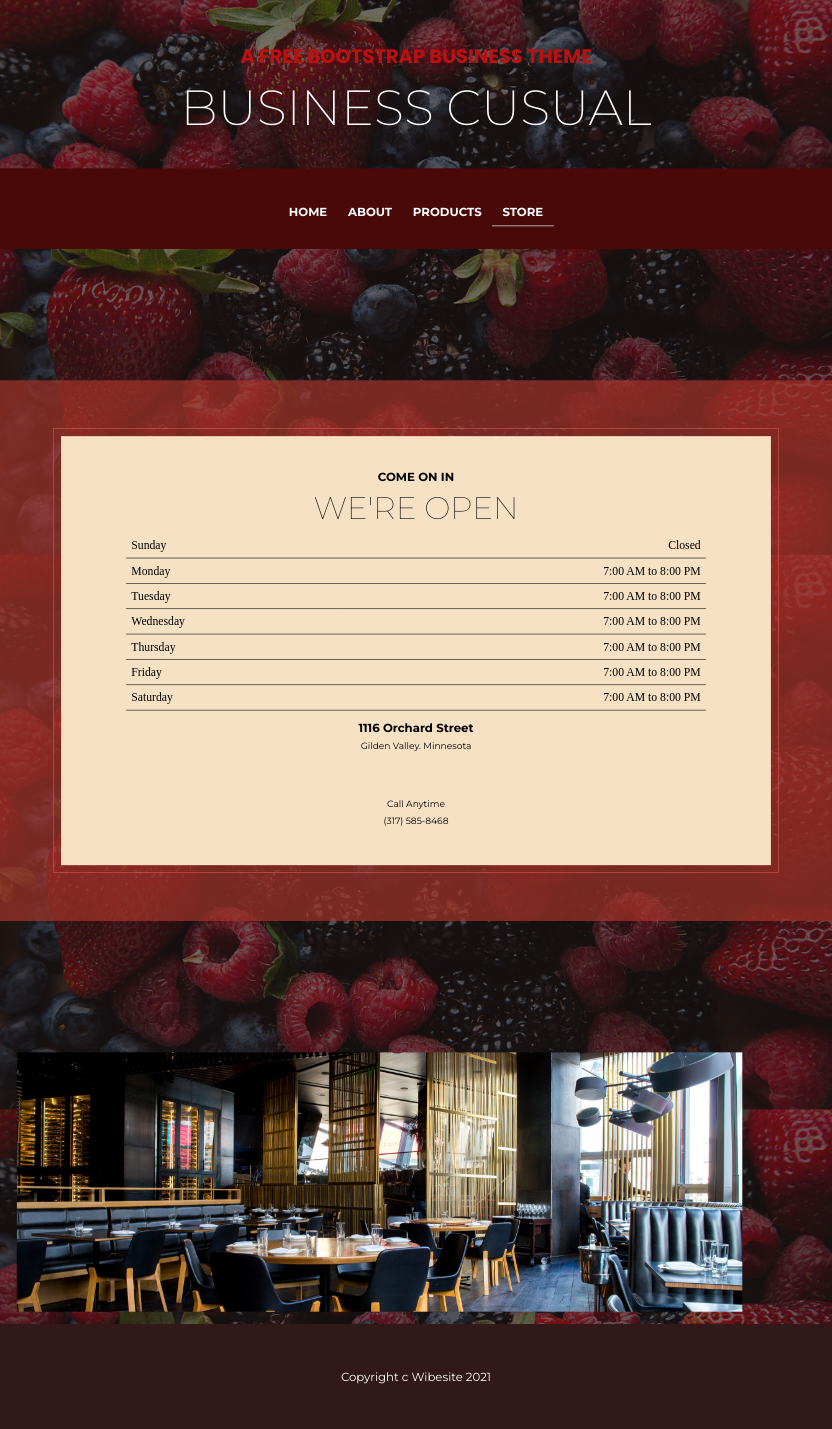
Repository: wadelfadill/tache_7_Business_bootstrap_theme
Page: store.html
These files come from the project's save history. The page is drawn as it stood at one moment and after the next save; the edit follows.
The browser window is 1280 px wide. The pictures show the whole page, at 65% of full size.
Backgrounds fixed to the window are drawn as part of the page.

Above is the page before, as saved 2023-04-28 22:50:33.

### store.html
<!DOCTYPE html>
<html lang="en">
<head>
    <meta charset="UTF-8">
    <meta http-equiv="X-UA-Compatible" content="IE=edge">
    <meta name="viewport" content="width=device-width, initial-scale=1.0">
    <!------ title of website ------>
    <title>Business website</title>
    <!------ Bootstrap cdn link ------>
    <link href="https://cdn.jsdelivr.net/npm/bootstrap@5.1.3/dist/css/bootstrap.min.css" rel="stylesheet" integrity="sha384-1BmE4kWBq78iYhFldvKuhfTAU6auU8tT94WrHftjDbrCEXSU1oBoqyl2QvZ6jIW3" crossorigin="anonymous">
    <!------- css link -------------->
    <link rel="stylesheet" href="css/style.css">
    <link rel="stylesheet" href="css/store_style.css">
    <!---------Google Fonts links ---------->
    <link rel="preconnect" href="https://fonts.googleapis.com">
    <link rel="preconnect" href="https://fonts.gstatic.com" crossorigin>
    <link href="https://fonts.googleapis.com/css2?family=Montserrat:wght@100;200;400;700&family=Poppins:wght@700&display=swap" rel="stylesheet">

</head>
<body>
    <!-- ========== Start Header Section ========== -->
    <header id="header">
        <h2 class="first_title text-center">A FREE BOOTSTRAP BUSINESS THEME</h2>
        <h1 class="second_title text-center">BUSINESS CUSUAL</h1>
        <!-- ========== Start navbar  Section ========== -->
        <nav class="my-auto mt-5">
            <div class="container my-auto">
                <ul class="nav justify-content-center">
                    <li class="nav-item">
                      <a class="nav-link" aria-current="page" href="index.html">HOME</a>
                    </li>
                    <li class="nav-item">
                      <a class="nav-link" href="about.html">ABOUT</a>
                    </li>
                    <li class="nav-item">
                      <a class="nav-link" href="product.html">PRODUCTS</a>
                    </li>
                    <li class="nav-item">
                      <a class="nav-link active" href="store.html">STORE</a>
                    </li>
                </ul>
            </div>
        </nav>
        <!-- ========== End navbar  Section ========== -->
    </header>
    <!-- ========== End Header Section ========== -->
    <!-- ========== Start Main Section ========== -->
    <main>
      <!-- ========== Start First Section ========== -->
      <section id="first_section">
        <div class="container">
          <div class="border_box">
            <div class="table_box">
              <h2 class="text-center">COME ON IN</h2>
              <h4 class="text-center">WE'RE OPEN</h4>
              <table class="table table-responsive">
                <tbody>
                  <tr>
                    <td>Sunday</td>
                    <td class="text-end">Closed</td>
                  </tr>
                  <tr>
                    <td>Monday</td>
                    <td class="text-end">7:00 AM to 8:00 PM</td>
                  </tr>
                  <tr>
                    <td>Tuesday</td>
                    <td class="text-end">7:00 AM to 8:00 PM</td>
                  </tr>
                  <tr>
                    <td>Wednesday</td>
                    <td class="text-end">7:00 AM to 8:00 PM</td>
                  </tr>
                  <tr>
                    <td>Thursday</td>
                    <td class="text-end">7:00 AM to 8:00 PM</td>
                  </tr>
                  <tr>
                    <td>Friday</td>
                    <td class="text-end">7:00 AM to 8:00 PM</td>
                  </tr>
                  <tr>
                    <td>Saturday</td>
                    <td class="text-end">7:00 AM to 8:00 PM</td>
                  </tr>
                </tbody>
              </table>
              <h2 class="text-center">1116 Orchard Street</h2>
              <h6 class="text-center">Gilden Valley. Minnesota</h6>
              <div class="table-box-foot">
                <h6 class="text-center">Call Anytime</h6>
                <h6 class="text-center">(317) 585-8468</h6>
              </div>
            </div>
          </div>
        </div>
      </section>
      <!-- ========== End First Section ========== -->
      <!-- ========== Start Second Section ========== -->
      <section id="second_section">
        <div class="container">
          <div class="row d-flex flex-row justify-content-start align-items-center">
            <div class="col-12">
              <img src="images/img-tous.png" alt="" class="img-fluid">
            </div>
            <div class="col-12">
              <div class="box">

              </div>
            </div>
          </div>
        </div>
      </section>
      <!-- ========== End Second Section ========== -->
    </main>
    <!-- ========== End Main Section ========== -->
    <footer id="footer">
        <p class="text-center">Copyright c Wibesite 2021</p>
    </footer>



    <!------ Bootstrap script -------->
    <script src="https://cdn.jsdelivr.net/npm/bootstrap@5.1.3/dist/js/bootstrap.bundle.min.js" integrity="sha384-ka7Sk0Gln4gmtz2MlQnikT1wXgYsOg+OMhuP+IlRH9sENBO0LRn5q+8nbTov4+1p" crossorigin="anonymous"></script>
</body>
</html>

### css/style.css
/* ===== General ====== */

:root{
    --red-color: #BD1111;
    --bg-red:#490909;
    --white-color: #FFFFFF;
    --black-color: #000000;
    --bg-beize:#F6E1C5;
    --bg-red-black: #311919;
    --bg-red-opac:rgba(165, 52, 43, 0.69);
    --red-border: #CD5449;
}
*{
    margin: 0;
    padding: 0;
}
body{
    padding: 0;
    margin: 0;
    background-image: linear-gradient(rgba(34, 24, 24, 0.6), rgba(34, 24, 24, 0.6)), url("../images/1.jpeg");
    background-position: center;
    background-size: cover;
    background-repeat: no-repeat;
    background-attachment: fixed;
}
/* ===== squelette ====== */
/* ===== header section ====== */
/* ===== header titles ======= */
#header .first_title{
    font-family: 'Poppins';
    font-style: normal;
    font-weight: 700;
    font-size: 30px;
    line-height: 45px;
    color: var(--red-color);
    margin-top: 65px;
}
#header .second_title{
    font-family: 'Montserrat';
    font-style: normal;
    font-weight: 200;
    font-size: 76px;
    line-height: 93px;
    color: var(--white-color);
}
/* ====== header navbar ======*/
#header nav{
    background: var(--bg-red);
    height: 124px;
}
#header nav ul li{
    margin-top: 48px;
}
#header nav a{
    font-family: 'Montserrat';
    font-style: normal;
    font-weight: 700;
    font-size: 18px;
    line-height: 22px;
    color: var(--white-color);
}
#header nav a.active{
    padding-bottom: 10px;
    border-bottom: 1px solid white;
}
/* ==== Main section ==========*/
/* main{
    height: 1000px;
} */
/* ====== footer section ====== */
#footer{
    height: 162px;
    background: var(--bg-red-black);
    padding-top: 70px;
}
#footer p{
    font-family: 'Montserrat';
    font-style: normal;
    font-weight: 400;
    font-size: 18px;
    line-height: 22px;
    color: var(--white-color);
}


/* ===== responsive css ======*/
@media screen and (max-width:550px) {
    #header .second_title{
        font-size: 30px;
    }
    #header nav{
        height: max-content;
        padding-bottom: 40px;
    }
}

### css/store_style.css
/* ===== General ====== */

:root{
    --red-color: #BD1111;
    --bg-red:#490909;
    --white-color: #FFFFFF;
    --black-color: #000000;
    --bg-beize:#F6E1C5;
    --bg-red-black: #311919;
    --bg-red-opac:rgba(165, 52, 43, 0.69);
    --red-border: #CD5449;
}

/* ==== first section ==== */
#first_section{
    margin-top: 202px;
    margin-bottom: 202px;
    width: 100%;
    padding-bottom: 74px;
    padding-top: 74px;
    background: var(--bg-red-opac);
}
.border_box{
    padding: 11px;
    border: 1px solid var(--red-border);
}
.table_box{
    background: var(--bg-beize);
    padding-left: 100px;
    padding-right: 100px;
    padding-top: 52px;
    padding-bottom: 52px;
}
.table_box h2{
    font-family: 'Montserrat';
    font-style: normal;
    font-weight: 600;
    font-size: 18px;
    line-height: 22px;
    color: #000000;
}
.table_box h4{
    font-family: 'Montserrat';
    font-style: normal;
    font-weight: 100;
    font-size: 48px;
    line-height: 59px;
    color: #000000;

}
.table_box h6{
    font-family: 'Montserrat';
    font-style: normal;
    font-weight: 400;
    font-size: 14px;
    line-height: 17px;
    color: #000000;

}
table td{
    font-family: 'MingLiU_HKSCS-ExtB';
    font-style: normal;
    font-weight: 400;
    font-size: 18px;
    line-height: 22px;
    color: #000000;
}
table{
    color: black;
    border-color: #1b1b1b !important;
}
.table-box-foot{
    padding-top: 65px;
}

/* ======== second section ============*/
#second_section{
    max-width: 1168px;
    min-height: 418px;
}

After the next save:
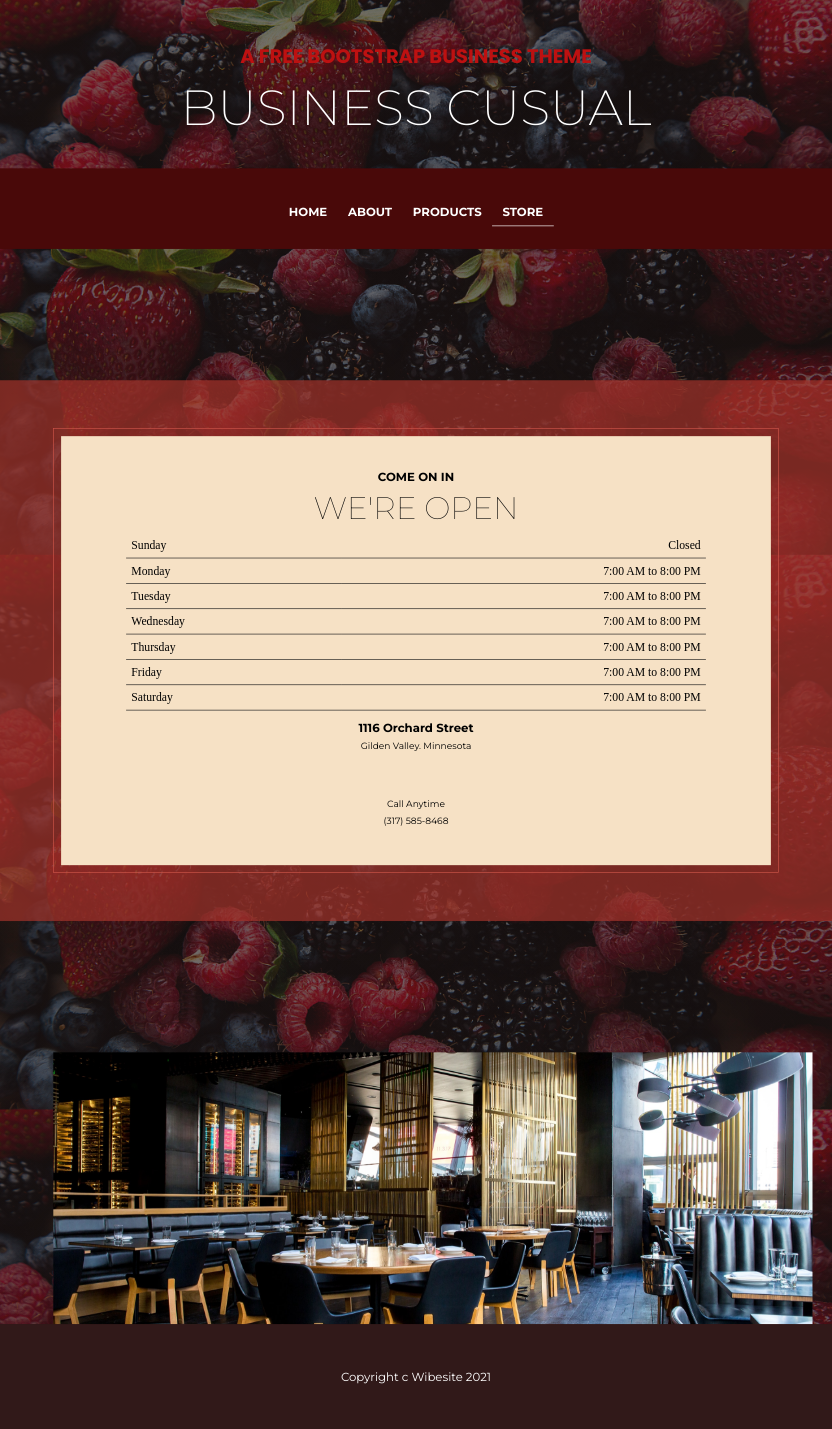
Saved 27 s later.
--- a/css/store_style.css
+++ b/css/store_style.css
@@ -74,7 +74,7 @@ table{
 }
 
 /* ======== second section ============*/
-#second_section{
+#second_section img{
     max-width: 1168px;
     min-height: 418px;
 }
